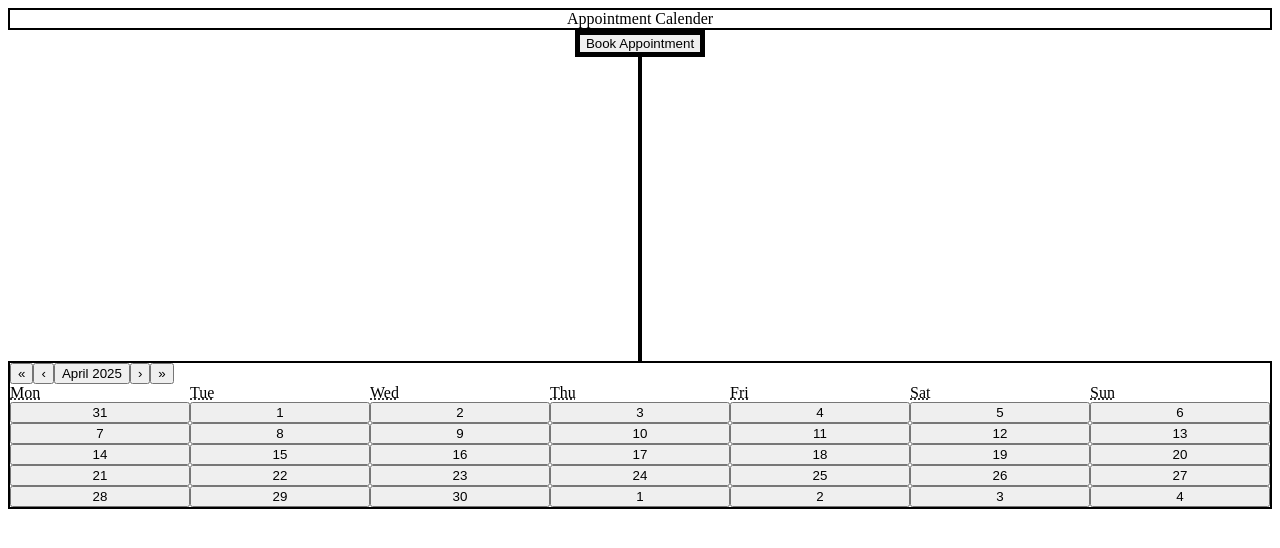
Repository: KennethEskandari/Appointment-Calender-
Page: / (app in Appointment-Calender/)
An editor plug-in stored every save of this project. The page is shown before and after the next save, followed by the edit.
The browser window is 1280 px wide. The pictures show the whole page.
The project was rebuilt for these pictures with package versions that can differ from the ones it lists, and the page was loaded fresh each time. Also part of the build but not shown: Appointment-Calender/vite.config.js.

Above is the page before, as saved 2025-04-15 19:41:43.

After the next save:
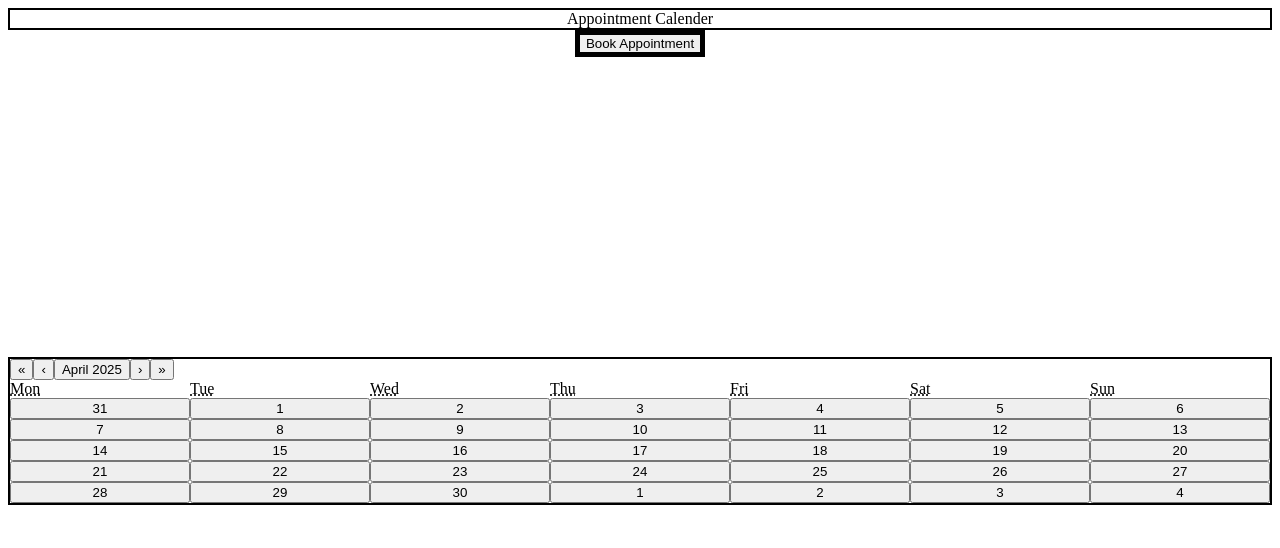
Saved 9 s later.
--- a/Appointment-Calender/src/App.jsx
+++ b/Appointment-Calender/src/App.jsx
@@ -9,7 +9,7 @@ function App() {
       <header className="h-16 border-2 text-center text-2xl bg-purple-400">Appointment Calender</header>
       <button className="text-2xl mx-auto block border-5 mt-8 bg-purple-400 rounded-lg px-4 py-1">Book Appointment</button>
 
-      <div className="mt-8 mx-auto border-2 rounded-lg" style={{ height: '300px', width: 'fit-content' }}></div>
+      <div className="" style={{ height: '300px', width: 'fit-content' }}></div>
       <Calendar onChange={setDate} value={date} className="mx-auto mt-8 border-2 rounded-lg" />
     </div>
 
